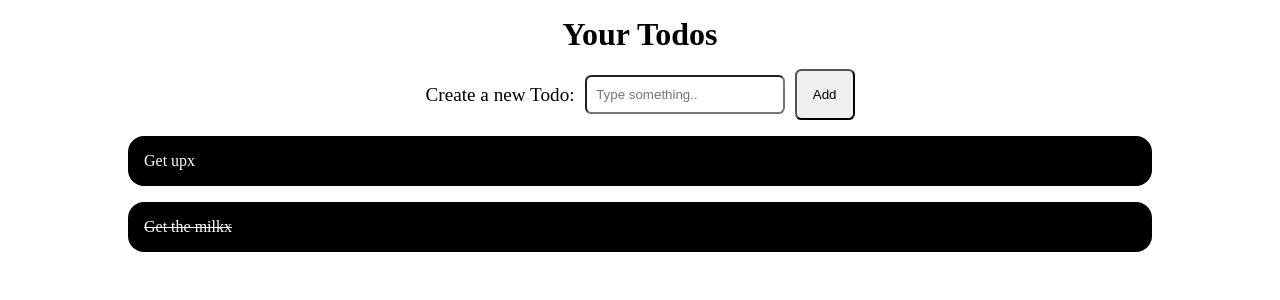
Repository: Heeeeeppo/todo-list
Page: / (app in frontend/)
These files come from the project's save history. The page is drawn as it stood at one moment and after the next save; the edit follows.
The browser window is 1280 px wide. The pictures show the whole page.
The project was rebuilt for these pictures with package versions that can differ from the ones it lists, and the page was loaded fresh each time.

Above is the page before, as saved 2023-11-07 19:40:33.

### frontend/src/index.css
* {
  margin: 0;
  padding: 0;
}

.App {
  padding: 1rem;
  width: 80%;
  margin: auto;
}

h1 {
  text-align: center;
}

.inputField {
  display: flex;
  width: 50%;
  justify-content: center;
  align-items: center;
  margin: auto;
  padding: 1rem;
}

label {
  font-size: 1.2rem;
  margin: 0 10px;
  text-align: center;
}

input {
  border-radius: 0.4rem;
  padding: 0.6rem;
}

button {
  margin: 0 10px;
  border-radius: 0.4rem;
  padding: 1rem;
}

.todo {
  background-color: black;
  color: white;
  position: relative;
  padding: 1rem;
  border-radius: 1rem;
  display: flex;
  align-items: center;
  margin-bottom: 1rem;
}

.completed {
  text-decoration: line-through;
}

### frontend/src/App.js
import { useState } from "react";

function App() {

    const [todos, setTodos] = useState([]);
    const [newTodo, setNewTodo] = useState("");

    function handleChange(event) {
        setNewTodo(event.target.value);
    }

    return (
        <div className="App">
            <h1>Your Todos</h1>
            <div className="inputField">
                <label for="text">Create a new Todo: </label>
                <input
                    type="text"
                    name="text"
                    onChange={handleChange}
                    value={newTodo}
                    placeholder="Type something.."
                />
                <button>Add</button>
            </div>

            <div className="todos">
                <div className="todo">
                    <div className="checkbox"></div>
                    <div className="text">Get up</div>
                    <div className="delete-todo">x</div>
                </div>

                <div className="todo completed">
                    <div className="checkbox"></div>
                    <div className="text">Get the milk</div>
                    <div className="delete-todo">x</div>
                </div>
            </div>
        </div>
    );
}

export default App;

Loaded but not shown: frontend/public/index.html (common file); frontend/src/index.js (common file)

After the next save:
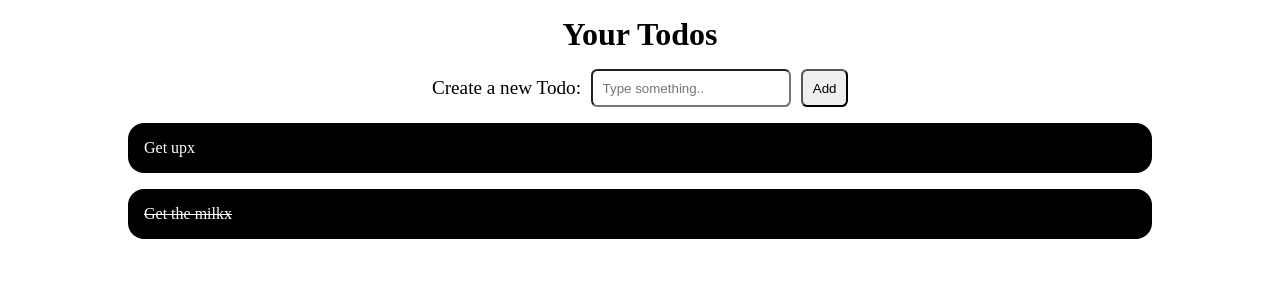
Saved 4 s later.
--- a/frontend/src/index.css
+++ b/frontend/src/index.css
@@ -36,7 +36,7 @@ input {
 button {
   margin: 0 10px;
   border-radius: 0.4rem;
-  padding: 1rem;
+  padding: 0.6rem;
 }
 
 .todo {
